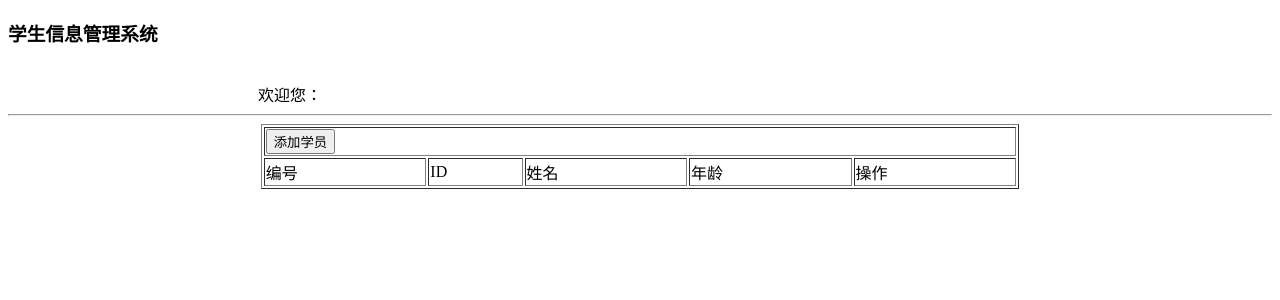
Repository: DataBoxWx/mvc_servlet_3
Page: http://localhost/mvc_2/jsp/studentlist.jsp
An editor plug-in stored every save of this project. The page is shown before and after the next save, followed by the edit.
The browser window is 1280 px wide. The pictures show the whole page.
The page is served by Tomcat 9.

Above is the page before, as saved 2018-05-09 06:52:32.

After the next save:
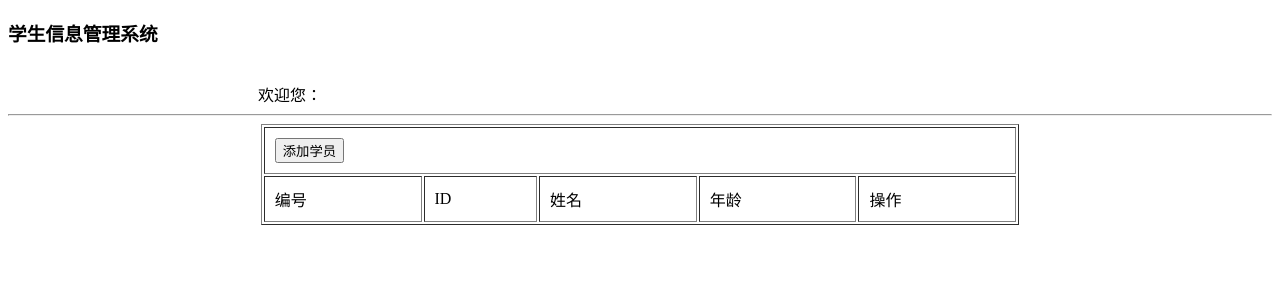
Saved 15 s later.
--- a/mvc_2/WebContent/jsp/studentlist.jsp
+++ b/mvc_2/WebContent/jsp/studentlist.jsp
@@ -13,7 +13,7 @@
 <body>
 	<h3>学生信息管理系统</h3><br/>
 	<div style="margin-left: 250px">欢迎您：${username}</div><hr>
-	<table border="1" align="center" width="60%">
+	<table border="1" align="center" width="60%" cellpadding="10">
 		<thead>
 			<tr>
 				<td style="text-align: left" colspan="5">
